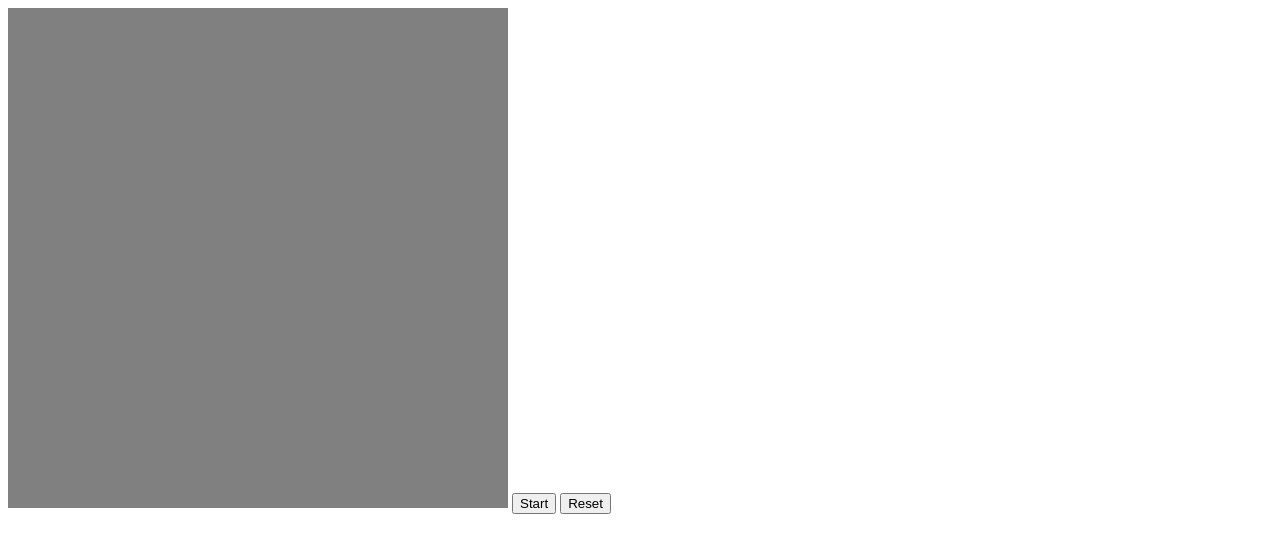
Repository: VadimZubchenko/numeronarvouspeli_JS
Page: public/index.html
An editor plug-in stored every save of this project. The page is shown before and after the next save, followed by the edit.
The browser window is 1280 px wide. The pictures show the whole page.

Above is the page before, as saved 2022-04-25 14:10:15.

### public/index.html
<!DOCTYPE html>
<html lang="en">
<head>
  <meta charset="UTF-8">
  <meta http-equiv="X-UA-Compatible" content="IE=edge">
  <meta name="viewport" content="width=device-width, initial-scale=1.0">
  <title>Numeroarvouspeli</title>
  <script src="script.js"></script>
</head>
<body>
  <canvas id="mycanvas" style="background-color:grey" width="500" height="500"></canvas>
  <button id="startbutton" onclick="startGame()">Start</button>
  <button id="resetbutton" onclick="resetGame()">Reset</button>
</body>
</html>

Loaded but not shown: public/script.js (no stored copy; drawn as an empty file)

After the next save:
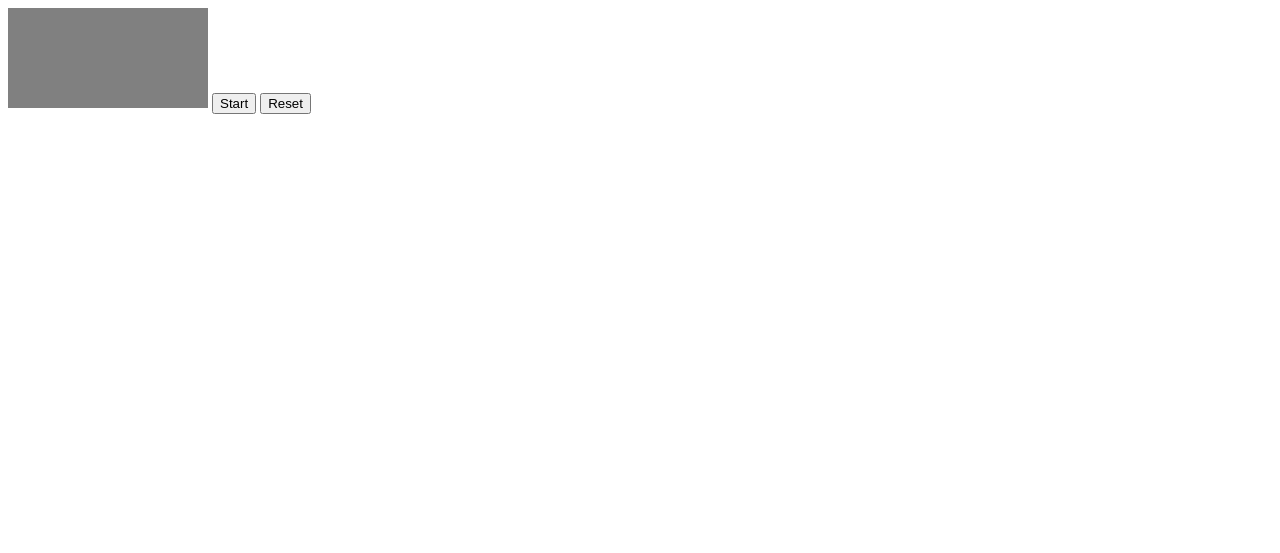
Saved 33 s later.
--- a/public/index.html
+++ b/public/index.html
@@ -8,7 +8,7 @@
   <script src="script.js"></script>
 </head>
 <body>
-  <canvas id="mycanvas" style="background-color:grey" width="500" height="500"></canvas>
+  <canvas id="mycanvas" style="background-color:grey" width="200" height="100"></canvas>
   <button id="startbutton" onclick="startGame()">Start</button>
   <button id="resetbutton" onclick="resetGame()">Reset</button>
 </body>
